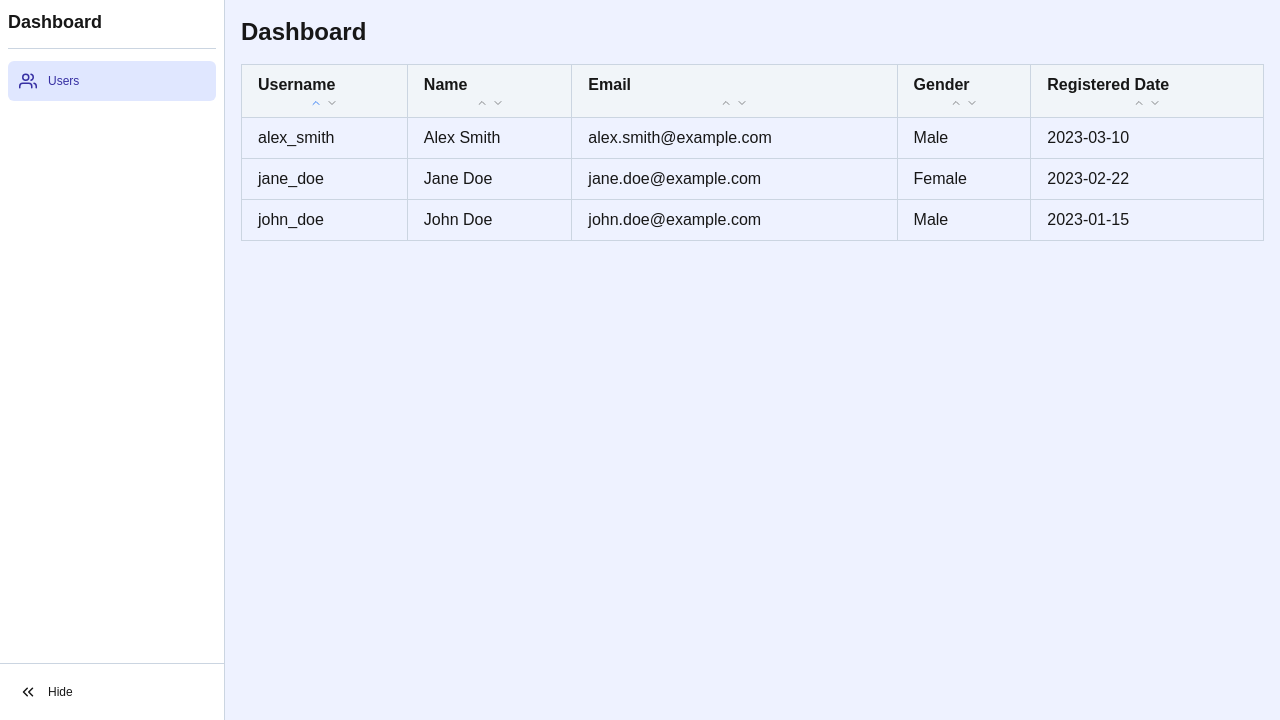
Repository: Ademaulana100499/userdashboard
Page: /
These files come from the project's save history. The page is drawn as it stood at one moment and after the next save; the edit follows.
The browser window is 1280 px wide. The pictures show the whole page.
The project was rebuilt for these pictures with package versions that can differ from the ones it lists, and the page was loaded fresh each time. The framework's server and built-in components were replaced by stand-ins that run in the browser. Also part of the build but not shown: next.config.mjs.

Above is the page before, as saved 2025-02-14 18:39:50.

### src/pages/index.js
import React from "react";
import Sidebar from "@/components/Sidebar";
import DashboardContent from "@/components/DashboardContent";
const Dashboard = () => {
  return (
    <div className="flex bg-indigo-50">
      <Sidebar />
      <DashboardContent />
    </div>
  );
};

export default Dashboard;

### src/components/Sidebar.jsx
import React, { useState } from "react";
import { FiChevronsRight, FiUsers } from "react-icons/fi";
import { motion } from "framer-motion";
const Sidebar = () => {
  const [open, setOpen] = useState(true);
  const [selected, setSelected] = useState("Users");

  return (
    <motion.nav
      layout
      className="sticky top-0 h-screen shrink-0 border-r border-slate-300 bg-white p-2"
      style={{
        width: open ? "225px" : "fit-content",
      }}>
      <TitleSection open={open} />

      <div className="space-y-1">
        <Option
          Icon={FiUsers}
          title="Users"
          selected={selected}
          setSelected={setSelected}
          open={open}
        />
      </div>

      <ToggleClose open={open} setOpen={setOpen} />
    </motion.nav>
  );
};

const Option = ({ Icon, title, selected, setSelected, open, notifs }) => {
  return (
    <motion.button
      layout
      onClick={() => setSelected(title)}
      className={`relative flex h-10 w-full items-center rounded-md transition-colors ${
        selected === title
          ? "bg-indigo-100 text-indigo-800"
          : "text-slate-500 hover:bg-slate-100"
      }`}>
      <motion.div
        layout
        className="grid h-full w-10 place-content-center text-lg">
        <Icon />
      </motion.div>
      {open && (
        <motion.span
          layout
          initial={{ opacity: 0, y: 12 }}
          animate={{ opacity: 1, y: 0 }}
          transition={{ delay: 0.125 }}
          className="text-xs font-medium">
          {title}
        </motion.span>
      )}

      {notifs && open && (
        <motion.span
          initial={{ scale: 0, opacity: 0 }}
          animate={{
            opacity: 1,
            scale: 1,
          }}
          style={{ y: "-50%" }}
          transition={{ delay: 0.5 }}
          className="absolute right-2 top-1/2 size-4 rounded bg-indigo-500 text-xs text-white">
          {notifs}
        </motion.span>
      )}
    </motion.button>
  );
};

const TitleSection = ({ open }) => {
  return (
    <div className="mb-3 border-b border-slate-300 pb-3">
      <div className="flex cursor-pointer items-center justify-between rounded-md transition-colors hover:bg-slate-100">
        <div className="flex justify-center items-center">
          {open && (
            <motion.div
              layout
              initial={{ opacity: 0, y: 12 }}
              animate={{ opacity: 1, y: 0 }}
              transition={{ delay: 0.125 }}>
              <span className="block text-lg font-semibold">Dashboard</span>
            </motion.div>
          )}
        </div>
      </div>
    </div>
  );
};

const ToggleClose = ({ open, setOpen }) => {
  return (
    <motion.button
      layout
      onClick={() => setOpen((pv) => !pv)}
      className="absolute bottom-0 left-0 right-0 border-t border-slate-300 transition-colors hover:bg-slate-100">
      <div className="flex items-center p-2">
        <motion.div
          layout
          className="grid size-10 place-content-center text-lg">
          <FiChevronsRight
            className={`transition-transform ${open && "rotate-180"}`}
          />
        </motion.div>
        {open && (
          <motion.span
            layout
            initial={{ opacity: 0, y: 12 }}
            animate={{ opacity: 1, y: 0 }}
            transition={{ delay: 0.125 }}
            className="text-xs font-medium">
            Hide
          </motion.span>
        )}
      </div>
    </motion.button>
  );
};

export default Sidebar;

### src/components/DashboardContent.jsx
import { FiChevronUp, FiChevronDown } from "react-icons/fi";
import { useState } from "react";

const DashboardContent = () => {
  const [sortConfig, setSortConfig] = useState({
    key: "username",
    direction: "asc",
  });

  const data = [
    {
      username: "john_doe",
      name: "John Doe",
      email: "john.doe@example.com",
      gender: "Male",
      registeredDate: "2023-01-15",
    },
    {
      username: "jane_doe",
      name: "Jane Doe",
      email: "jane.doe@example.com",
      gender: "Female",
      registeredDate: "2023-02-22",
    },
    {
      username: "alex_smith",
      name: "Alex Smith",
      email: "alex.smith@example.com",
      gender: "Male",
      registeredDate: "2023-03-10",
    },
  ];

  const sortedData = [...data].sort((a, b) => {
    if (sortConfig.key) {
      const aValue = a[sortConfig.key];
      const bValue = b[sortConfig.key];

      if (aValue < bValue) return sortConfig.direction === "asc" ? -1 : 1;
      if (aValue > bValue) return sortConfig.direction === "asc" ? 1 : -1;
      return 0;
    }
    return 0;
  });

  const requestSort = (key, direction) => {
    setSortConfig({ key, direction });
  };

  return (
    <div className="flex-1 p-4">
      <h1 className="text-2xl font-semibold mb-4">Dashboard</h1>
      <table className="min-w-full table-auto border-collapse border border-slate-300">
        <thead>
          <tr className="bg-slate-100">
            <th className="border border-slate-300 px-4 py-2 text-left">
              Username
              <span className="flex items-center justify-center space-x-1">
                <FiChevronUp
                  className={`text-xs ${
                    sortConfig.key === "username" &&
                    sortConfig.direction === "asc"
                      ? "text-blue-500"
                      : "opacity-50 cursor-pointer"
                  }`}
                  onClick={() =>
                    requestSort(
                      "username",
                      sortConfig.direction === "asc" ? "desc" : "asc"
                    )
                  }
                />
                <FiChevronDown
                  className={`text-xs ${
                    sortConfig.key === "username" &&
                    sortConfig.direction === "desc"
                      ? "text-blue-500"
                      : "opacity-50 cursor-pointer"
                  }`}
                  onClick={() =>
                    requestSort(
                      "username",
                      sortConfig.direction === "desc" ? "asc" : "desc"
                    )
                  }
                />
              </span>
            </th>
            <th className="border border-slate-300 px-4 py-2 text-left">
              Name
              <span className="flex items-center justify-center space-x-1">
                <FiChevronUp
                  className={`text-xs ${
                    sortConfig.key === "name" && sortConfig.direction === "asc"
                      ? "text-blue-500"
                      : "opacity-50 cursor-pointer"
                  }`}
                  onClick={() =>
                    requestSort(
                      "name",
                      sortConfig.direction === "asc" ? "desc" : "asc"
                    )
                  }
                />
                <FiChevronDown
                  className={`text-xs ${
                    sortConfig.key === "name" && sortConfig.direction === "desc"
                      ? "text-blue-500"
                      : "opacity-50 cursor-pointer"
                  }`}
                  onClick={() =>
                    requestSort(
                      "name",
                      sortConfig.direction === "desc" ? "asc" : "desc"
                    )
                  }
                />
              </span>
            </th>
            <th className="border border-slate-300 px-4 py-2 text-left">
              Email
              <span className="flex items-center justify-center space-x-1">
                <FiChevronUp
                  className={`text-xs ${
                    sortConfig.key === "email" && sortConfig.direction === "asc"
                      ? "text-blue-500"
                      : "opacity-50 cursor-pointer"
                  }`}
                  onClick={() =>
                    requestSort(
                      "email",
                      sortConfig.direction === "asc" ? "desc" : "asc"
                    )
                  }
                />
                <FiChevronDown
                  className={`text-xs ${
                    sortConfig.key === "email" &&
                    sortConfig.direction === "desc"
                      ? "text-blue-500"
                      : "opacity-50 cursor-pointer"
                  }`}
                  onClick={() =>
                    requestSort(
                      "email",
                      sortConfig.direction === "desc" ? "asc" : "desc"
                    )
                  }
                />
              </span>
            </th>
            <th className="border border-slate-300 px-4 py-2 text-left">
              Gender
              <span className="flex items-center justify-center space-x-1">
                <FiChevronUp
                  className={`text-xs ${
                    sortConfig.key === "gender" &&
                    sortConfig.direction === "asc"
                      ? "text-blue-500"
                      : "opacity-50 cursor-pointer"
                  }`}
                  onClick={() =>
                    requestSort(
                      "gender",
                      sortConfig.direction === "asc" ? "desc" : "asc"
                    )
                  }
                />
                <FiChevronDown
                  className={`text-xs ${
                    sortConfig.key === "gender" &&
                    sortConfig.direction === "desc"
                      ? "text-blue-500"
                      : "opacity-50 cursor-pointer"
                  }`}
                  onClick={() =>
                    requestSort(
                      "gender",
                      sortConfig.direction === "desc" ? "asc" : "desc"
                    )
                  }
                />
              </span>
            </th>
            <th className="border border-slate-300 px-4 py-2 text-left">
              Registered Date
              <span className="flex items-center justify-center space-x-1">
                <FiChevronUp
                  className={`text-xs ${
                    sortConfig.key === "registeredDate" &&
                    sortConfig.direction === "asc"
                      ? "text-blue-500"
                      : "opacity-50 cursor-pointer"
                  }`}
                  onClick={() =>
                    requestSort(
                      "registeredDate",
                      sortConfig.direction === "asc" ? "desc" : "asc"
                    )
                  }
                />
                <FiChevronDown
                  className={`text-xs ${
                    sortConfig.key === "registeredDate" &&
                    sortConfig.direction === "desc"
                      ? "text-blue-500"
                      : "opacity-50 cursor-pointer"
                  }`}
                  onClick={() =>
                    requestSort(
                      "registeredDate",
                      sortConfig.direction === "desc" ? "asc" : "desc"
                    )
                  }
                />
              </span>
            </th>
          </tr>
        </thead>
        <tbody>
          {sortedData.map((user, index) => (
            <tr key={index} className="hover:bg-slate-50">
              <td className="border border-slate-300 px-4 py-2">
                {user.username}
              </td>
              <td className="border border-slate-300 px-4 py-2">{user.name}</td>
              <td className="border border-slate-300 px-4 py-2">
                {user.email}
              </td>
              <td className="border border-slate-300 px-4 py-2">
                {user.gender}
              </td>
              <td className="border border-slate-300 px-4 py-2">
                {user.registeredDate}
              </td>
            </tr>
          ))}
        </tbody>
      </table>
    </div>
  );
};

export default DashboardContent;

Loaded but not shown: src/pages/_app.js (common file); src/pages/_document.js (common file); src/styles/globals.css (common file); tailwind.config.mjs (common file)

After the next save:
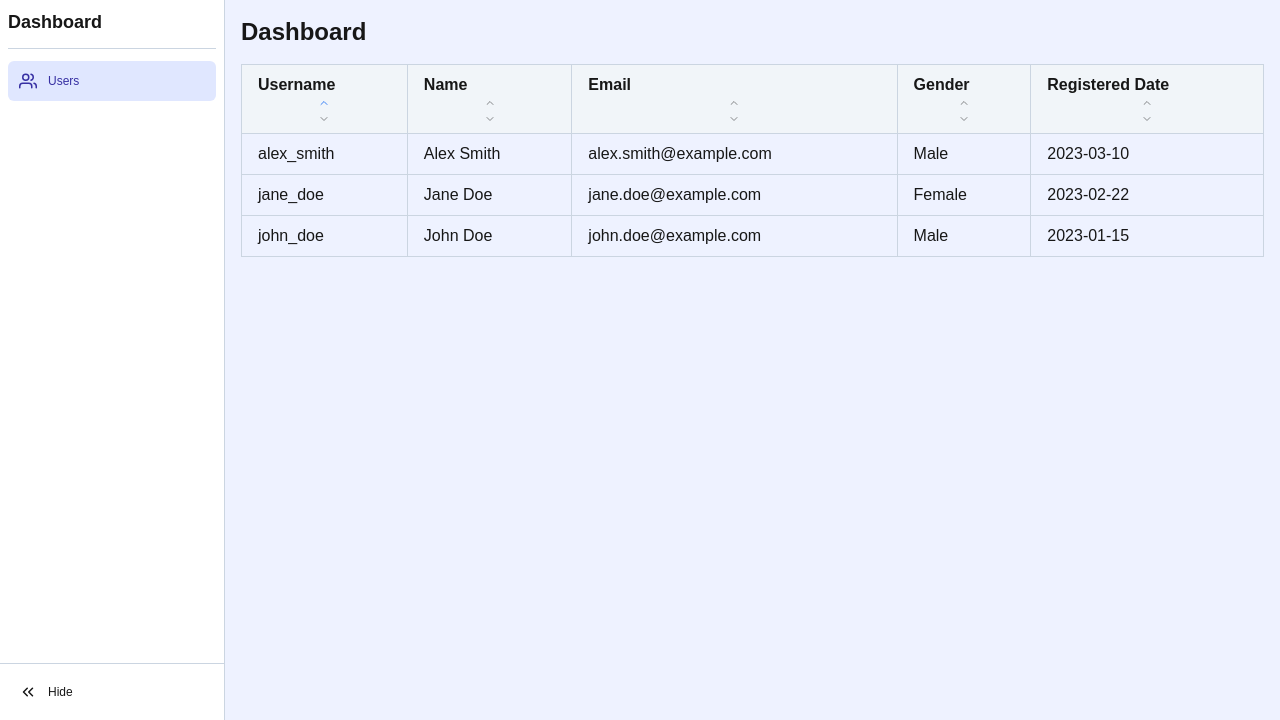
Saved 111 s later.
--- a/src/components/DashboardContent.jsx
+++ b/src/components/DashboardContent.jsx
@@ -43,7 +43,11 @@ const DashboardContent = () => {
     return 0;
   });
 
-  const requestSort = (key, direction) => {
+  const requestSort = (key) => {
+    let direction = "asc";
+    if (sortConfig.key === key && sortConfig.direction === "asc") {
+      direction = "desc";
+    }
     setSortConfig({ key, direction });
   };
 
@@ -55,7 +59,7 @@ const DashboardContent = () => {
           <tr className="bg-slate-100">
             <th className="border border-slate-300 px-4 py-2 text-left">
               Username
-              <span className="flex items-center justify-center space-x-1">
+              <div className="flex flex-col items-center justify-center space-y-1">
                 <FiChevronUp
                   className={`text-xs ${
                     sortConfig.key === "username" &&
@@ -63,12 +67,7 @@ const DashboardContent = () => {
                       ? "text-blue-500"
                       : "opacity-50 cursor-pointer"
                   }`}
-                  onClick={() =>
-                    requestSort(
-                      "username",
-                      sortConfig.direction === "asc" ? "desc" : "asc"
-                    )
-                  }
+                  onClick={() => requestSort("username")}
                 />
                 <FiChevronDown
                   className={`text-xs ${
@@ -77,30 +76,20 @@ const DashboardContent = () => {
                       ? "text-blue-500"
                       : "opacity-50 cursor-pointer"
                   }`}
-                  onClick={() =>
-                    requestSort(
-                      "username",
-                      sortConfig.direction === "desc" ? "asc" : "desc"
-                    )
-                  }
+                  onClick={() => requestSort("username")}
                 />
-              </span>
+              </div>
             </th>
             <th className="border border-slate-300 px-4 py-2 text-left">
               Name
-              <span className="flex items-center justify-center space-x-1">
+              <div className="flex flex-col items-center justify-center space-y-1">
                 <FiChevronUp
                   className={`text-xs ${
                     sortConfig.key === "name" && sortConfig.direction === "asc"
                       ? "text-blue-500"
                       : "opacity-50 cursor-pointer"
                   }`}
-                  onClick={() =>
-                    requestSort(
-                      "name",
-                      sortConfig.direction === "asc" ? "desc" : "asc"
-                    )
-                  }
+                  onClick={() => requestSort("name")}
                 />
                 <FiChevronDown
                   className={`text-xs ${
@@ -108,30 +97,20 @@ const DashboardContent = () => {
                       ? "text-blue-500"
                       : "opacity-50 cursor-pointer"
                   }`}
-                  onClick={() =>
-                    requestSort(
-                      "name",
-                      sortConfig.direction === "desc" ? "asc" : "desc"
-                    )
-                  }
+                  onClick={() => requestSort("name")}
                 />
-              </span>
+              </div>
             </th>
             <th className="border border-slate-300 px-4 py-2 text-left">
               Email
-              <span className="flex items-center justify-center space-x-1">
+              <div className="flex flex-col items-center justify-center space-y-1">
                 <FiChevronUp
                   className={`text-xs ${
                     sortConfig.key === "email" && sortConfig.direction === "asc"
                       ? "text-blue-500"
                       : "opacity-50 cursor-pointer"
                   }`}
-                  onClick={() =>
-                    requestSort(
-                      "email",
-                      sortConfig.direction === "asc" ? "desc" : "asc"
-                    )
-                  }
+                  onClick={() => requestSort("email")}
                 />
                 <FiChevronDown
                   className={`text-xs ${
@@ -140,18 +119,13 @@ const DashboardContent = () => {
                       ? "text-blue-500"
                       : "opacity-50 cursor-pointer"
                   }`}
-                  onClick={() =>
-                    requestSort(
-                      "email",
-                      sortConfig.direction === "desc" ? "asc" : "desc"
-                    )
-                  }
+                  onClick={() => requestSort("email")}
                 />
-              </span>
+              </div>
             </th>
             <th className="border border-slate-300 px-4 py-2 text-left">
               Gender
-              <span className="flex items-center justify-center space-x-1">
+              <div className="flex flex-col items-center justify-center space-y-1">
                 <FiChevronUp
                   className={`text-xs ${
                     sortConfig.key === "gender" &&
@@ -159,12 +133,7 @@ const DashboardContent = () => {
                       ? "text-blue-500"
                       : "opacity-50 cursor-pointer"
                   }`}
-                  onClick={() =>
-                    requestSort(
-                      "gender",
-                      sortConfig.direction === "asc" ? "desc" : "asc"
-                    )
-                  }
+                  onClick={() => requestSort("gender")}
                 />
                 <FiChevronDown
                   className={`text-xs ${
@@ -173,18 +142,13 @@ const DashboardContent = () => {
                       ? "text-blue-500"
                       : "opacity-50 cursor-pointer"
                   }`}
-                  onClick={() =>
-                    requestSort(
-                      "gender",
-                      sortConfig.direction === "desc" ? "asc" : "desc"
-                    )
-                  }
+                  onClick={() => requestSort("gender")}
                 />
-              </span>
+              </div>
             </th>
             <th className="border border-slate-300 px-4 py-2 text-left">
               Registered Date
-              <span className="flex items-center justify-center space-x-1">
+              <div className="flex flex-col items-center justify-center space-y-1">
                 <FiChevronUp
                   className={`text-xs ${
                     sortConfig.key === "registeredDate" &&
@@ -192,12 +156,7 @@ const DashboardContent = () => {
                       ? "text-blue-500"
                       : "opacity-50 cursor-pointer"
                   }`}
-                  onClick={() =>
-                    requestSort(
-                      "registeredDate",
-                      sortConfig.direction === "asc" ? "desc" : "asc"
-                    )
-                  }
+                  onClick={() => requestSort("registeredDate")}
                 />
                 <FiChevronDown
                   className={`text-xs ${
@@ -206,14 +165,9 @@ const DashboardContent = () => {
                       ? "text-blue-500"
                       : "opacity-50 cursor-pointer"
                   }`}
-                  onClick={() =>
-                    requestSort(
-                      "registeredDate",
-                      sortConfig.direction === "desc" ? "asc" : "desc"
-                    )
-                  }
+                  onClick={() => requestSort("registeredDate")}
                 />
-              </span>
+              </div>
             </th>
           </tr>
         </thead>
